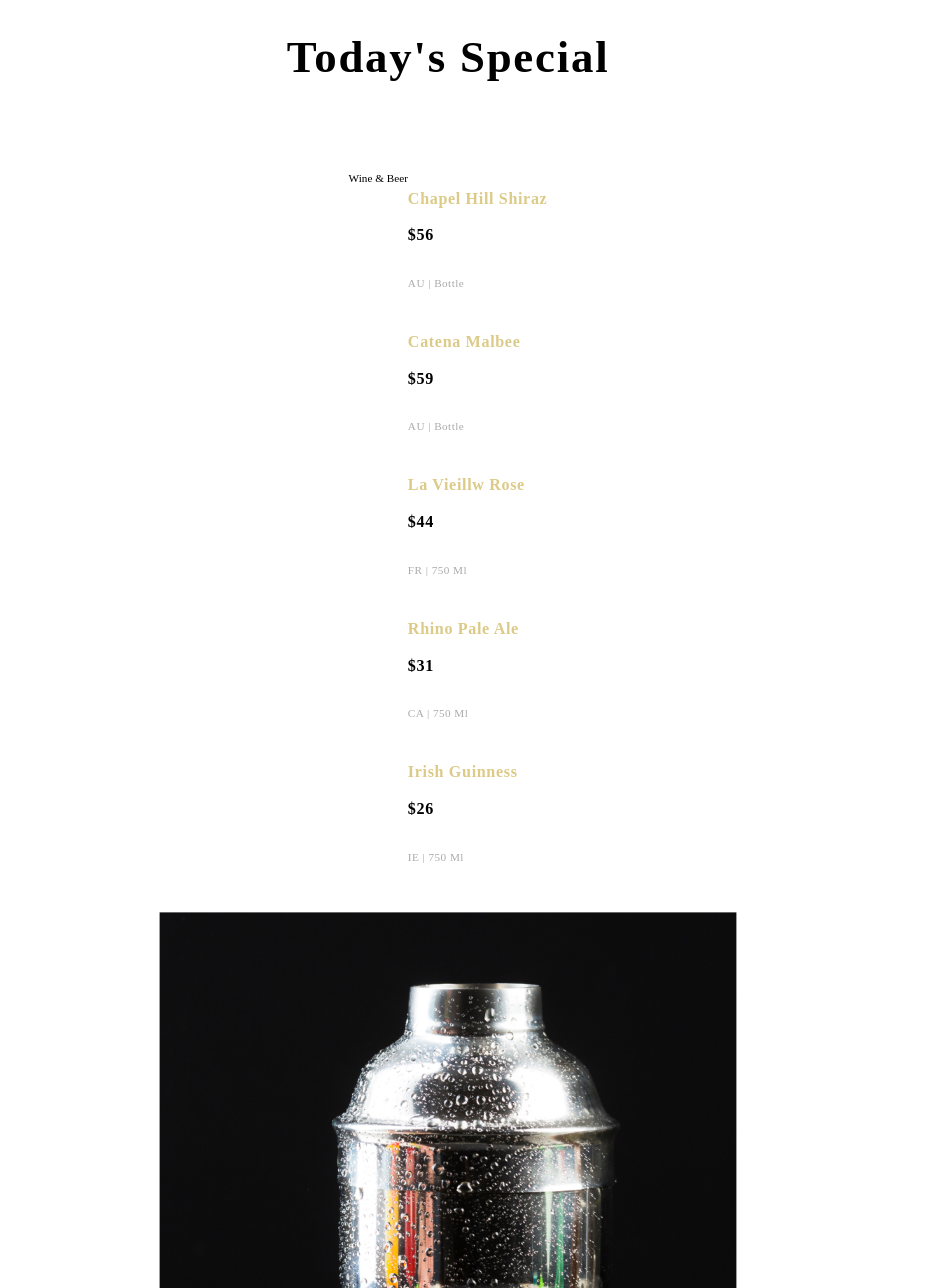
Repository: remydev47/restaurant
Page: /
The author's editor kept a copy of each file at every save. The page is drawn from the files as they stood at one save, then again after the next save.
The browser window is 1280 px wide. The page is 1336 px wide, so the pictures cover 1336 px, including what lies to the right of the window. The pictures show the part of the page from y = 2548 to 4388 px (the page is 6459 px tall before and 5930 px after), at 70% of full size.
Backgrounds fixed to the window are drawn as part of the page. The project was rebuilt for these pictures with package versions that can differ from the ones it lists, and the page was loaded fresh each time. Also part of the build but not shown: src/container/Chef/Chef.css, src/components/Footer/Newsletter.jsx, src/components/Footer/FooterOverlay.jsx. Imported but missing from the stored project, and not drawn on this page: src/assets/meal.mp4.

Above is the page before, as saved 2022-03-16 08:09:48.

After the next save:
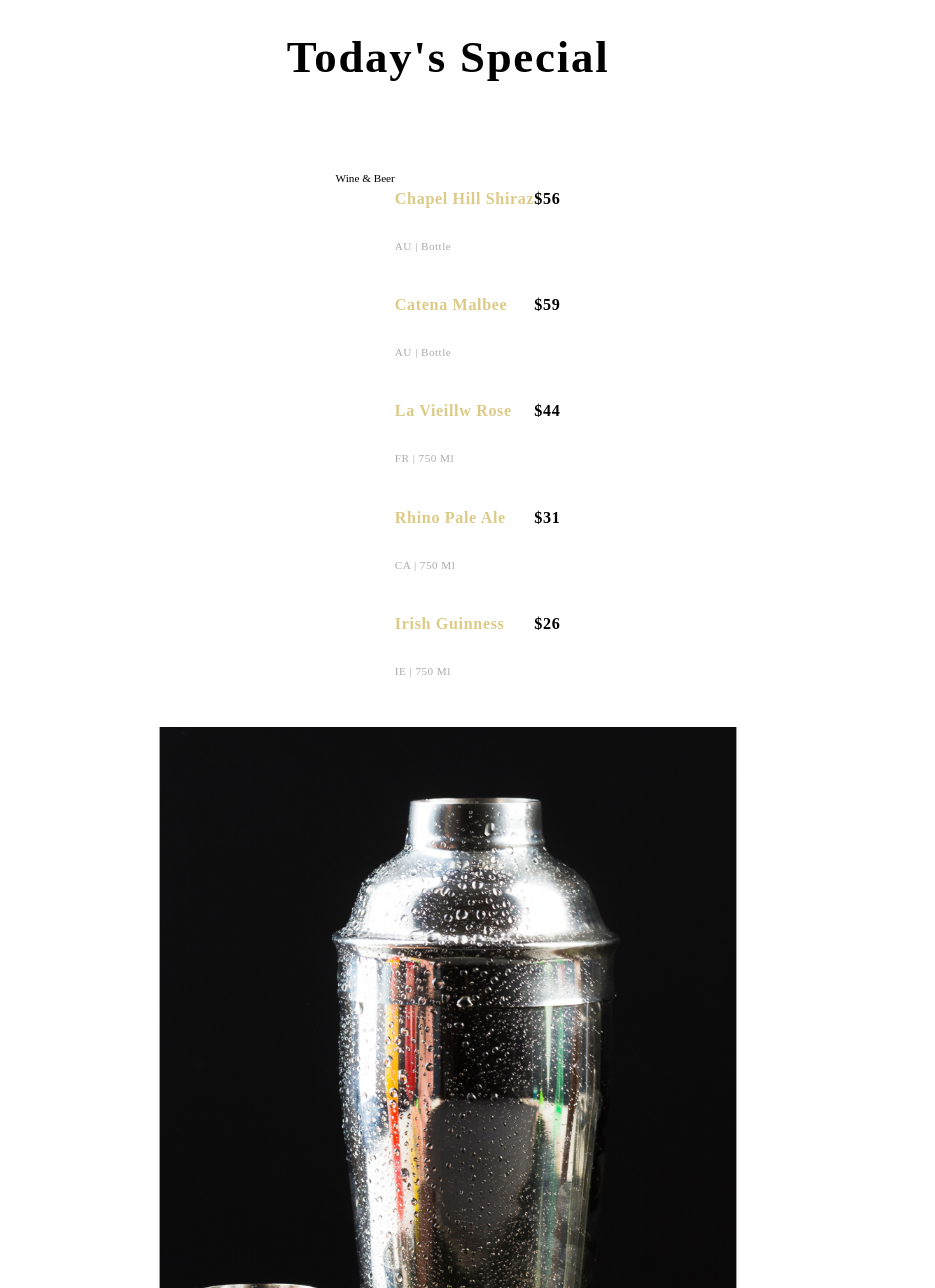
Saved 73 s later.
--- a/src/components/Menuitem/MenuItem.css
+++ b/src/components/Menuitem/MenuItem.css
@@ -5,3 +5,9 @@
     display: flex;
     flex-direction: column;
 }
+
+.app__menuitem-head {
+    display: flex;
+    justify-content: space-between;
+    align-items: center;
+}
